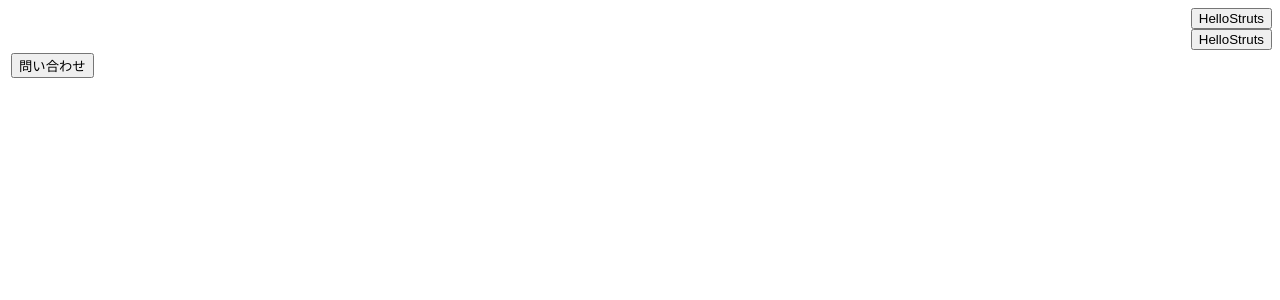
Repository: rt-1217/j2
Page: http://localhost/WebProj/
The author's editor kept a copy of each file at every save. The page is drawn from the files as they stood at one save, then again after the next save.
The browser window is 1280 px wide. The pictures show the whole page.
The page is served by Tomcat 9. Other server files are loaded and not shown.

Above is the page before, as saved 2018-04-23 02:33:16.

### WebProj/WebContent/index.jsp
<%@ page language="java" contentType="text/html; charset=UTF-8"
    pageEncoding="UTF-8"%>
    <%@ taglib prefix="s" uri="/struts-tags" %>
<!DOCTYPE html PUBLIC "-//W3C//DTD HTML 4.01 Transitional//EN" "http://www.w3.org/TR/html4/loose.dtd">
<html>
<head>
<meta http-equiv="Content-Type" content="text/html; charset=UTF-8">
<title>INDEX</title>
</head>
<body>
<form action="HelloStrutsAction">
<s:submit value="HelloStruts"/>

</form>

<form action = "WelcomeAction">
<s:submit value="HelloStruts"/>
</form>

<s:form action="InquiryAction">
<s:submit value="問い合わせ"/>
</s:form>
</body>
</html>

After the next save:
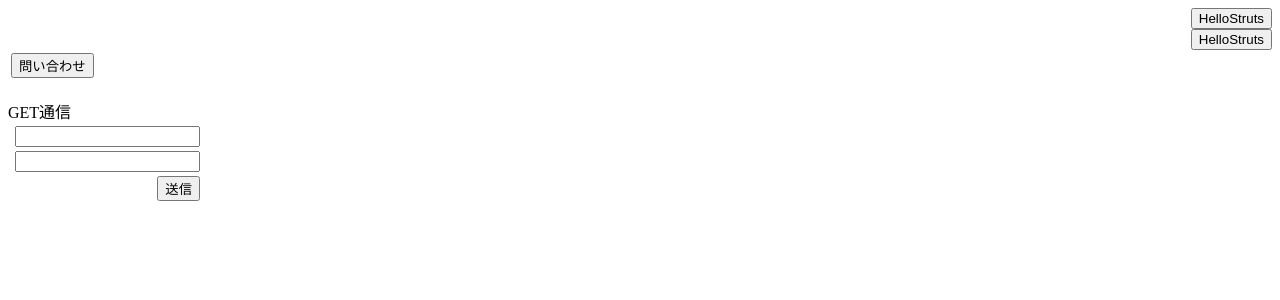
Saved 3 min 52 s later.
--- a/WebProj/WebContent/index.jsp
+++ b/WebProj/WebContent/index.jsp
@@ -20,5 +20,14 @@
 <s:form action="InquiryAction">
 <s:submit value="問い合わせ"/>
 </s:form>
+<br>
+GET通信
+<s:form method="get" action="TestAction">
+<s:textfield name="username"/>
+<s:password name="password"/>
+<s:submit value="送信"/>
+</s:form>
+
+
 </body>
 </html>
